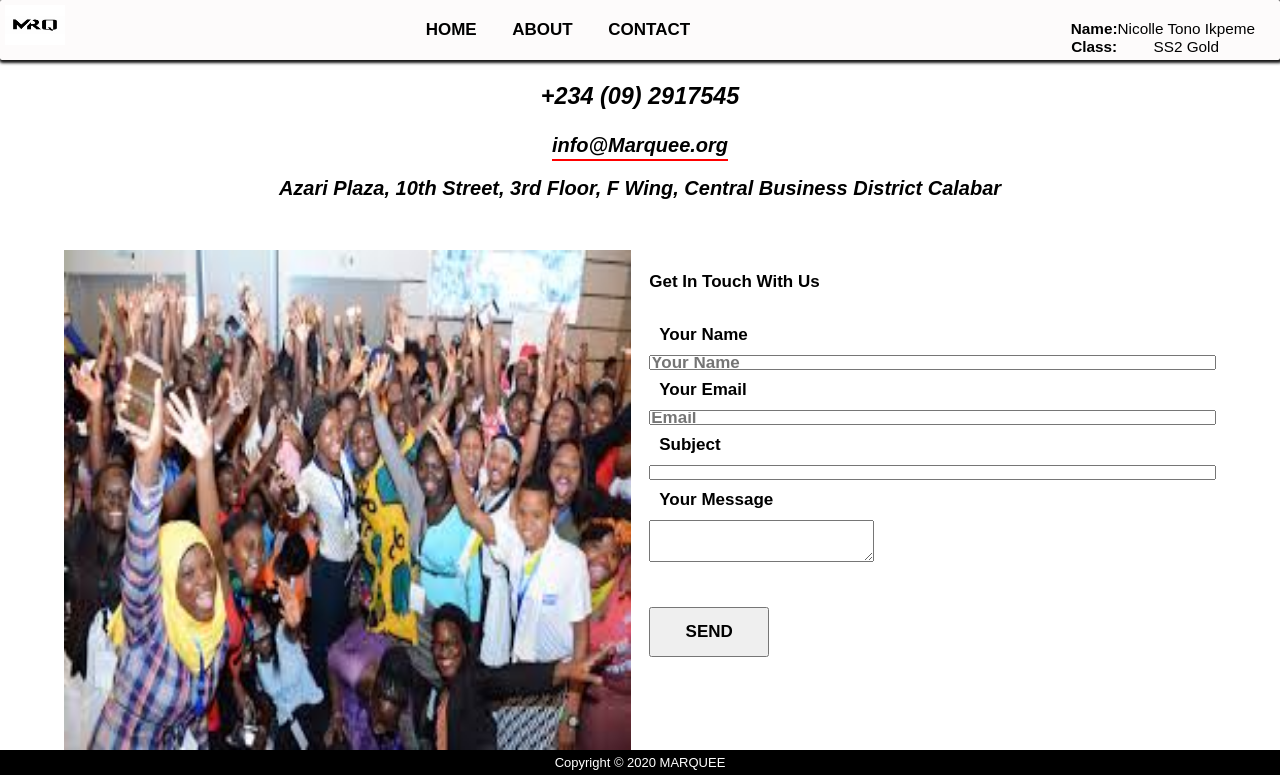
Repository: pboi18/Marquee.org
Page: contact.html
An editor plug-in stored every save of this project. The page is shown before and after the next save, followed by the edit.
The browser window is 1280 px wide. The pictures show the whole page.

Above is the page before, as saved 2020-07-11 22:32:03.

### contact.html
<!DOCTYPE html>
<html>
    <head>
        <meta charset="utf-8">
        <link rel="icon" type="image/png" sizes="16x16" href="img/logo.png">
        <title>Marquee</title>

        <link rel="stylesheet" href="style.css" >
        <link rel="stylesheet" href="normalize.css" >
        <link rel="stylesheet" href="Grid.css">


    </head>

    <body>
            <nav class="main">

                    <div class="navbar2">

                        <img src="img/logo.png" alt="MARQUEE" class="logo">

                        <ul class="main-nav">
                            <li>
                                <a href="home.html">
                                    Home
                                </a>
                            </li>

                            <li>
                                <a href="about.html">
                                    ABOUT
                                </a>
                            </li>

                            <li>
                                <a href="contact.html">
                                    CONTACT
                                </a>
                            </li>

                            <li style="float: right;">
                                <table class="id">
                                    <tr>
                                        <th>Name:</th>
                                        <td> Nicolle Tono Ikpeme</td>
                                    </tr>

                                    <tr>
                                        <th>Class:</th>
                                        <td> SS2 Gold</td>
                                    </tr>

                                </table>
                            </li>

                        </ul>





                </div>

            </nav>

            <div class="con">
                <div class="contact">
                    <address>
                        <h3>+234 (09) 2917545</h3>
                        <a href="info@Marquee.org" style="text-decoration: none; color: black;
                        font-weight: bold; border-bottom: 2px solid red; padding-bottom: 3px;">
                            info@Marquee.org
                        </a><br>
                        <p style="font-weight: bold;">Azari Plaza, 10th Street, 3rd Floor, F Wing, Central Business District Calabar</p>
                    </address>
                </div>


                <div style="height: 500px;">
                    <img src="img/images.jpg" alt="Happy women" class="image span-1-of-2">

                    <form class="form2 span-1-of-2">
                        <h4 >Get In Touch With Us</h4>
                        <label>Your Name </label>
                        <input type="text" name="Name" placeholder="Your Name" required >
                        <label>Your Email</label>
                        <input type="email"  placeholder="Email" required >
                        <label>Subject</label>
                        <input type="text" >
                        <label>Your Message</label>
                        <textarea ></textarea>
                        <!-- <input type="submit" value="SEND" name="send" style="margin-top: 40px;"> -->

                        <button type="submit" style="margin-top: 40px; width: 120px; height: 50px;">SEND</button>

                    </form>

                </div>
            </div>

        <footer>
            <P style="color: white; text-align: center; margin: 0; font-size: small; padding: 5px;">
                Copyright &copy; 2020 MARQUEE
            </P>
        </footer>
    </body>
</html>

### style.css
* {
    margin: o;
    padding: 0;
    box-sizing: border-box;
}

html {
    background-color: #fff;
    max-width: 100%;
    font-size: 20px;
    font-weight: 300;
    font-family: Arial, Helvetica, sans-serif;
    text-rendering: optimizeLegibility;
}



h1 {
    margin: 0;
}

label {
    display: block;
    padding: 10px;
}

input {
    display: block;
    width: 100%;
    height: 15px;
}

button {
    display: block;
}

/* header {
    background-image: linear-gradient( rgba(0, 0, 0, 0.4), rgba(0, 0, 0, 0.4)), url(img/home.jpg);
    height: 100vh;
    background-size: cover;
    background-position: center;
} */


.logo {
    height: 40px;
    width: 60px;
    float: left;
    margin: 5px;
}

.main-nav {
    list-style: none;
    margin: auto;
    margin-top: 10px;
    text-align: center;


}

.main-nav li {
    display: inline-block;
    margin: 10px 15px;
    font-size: 85%;

}

.main-nav li a:link,
.main-nav li a:visited {
    color: #000;
    text-decoration: none;
    text-transform: uppercase;
    font-weight: bold;
    padding: 3px 0px;
    border-bottom: 3px solid transparent;
    transition: border-bottom 0.2s;
}

.main-nav li a:hover,
.main-nav li a:active {
    border-bottom: 3px solid rgb(158, 0, 0);
}
.id {
    display: inline;
    padding: 10px;
    font-size: 90%;
}

.navbar {
    height: 50px;
    width: 100%;
    display: inline-block;
    border-radius: 2px;
    box-shadow: 0px 3px -1px 2px rgb(190, 189, 189);
    position: fixed;
    background-color: rgb(253, 251, 251);
}

.navbar2 {
    height: 60px;
    width: 100%;
    display: inline-block;
    border-radius: 2px;
    box-shadow: 1px 1px 3px 2px rgb(20, 20, 20);
    /* position: fixed; */
    background-color: rgb(253, 251, 251);
}

.numb {
    border: solid 5px rgb(63, 62, 62);
    text-align: center;
    width: 40px;
    height: 30px;
    align-self: center;
    border-radius: 50%;
    margin: auto;
    background-color: rgb(63, 62, 62);
    color: white;
}
.wup {
    padding-top: 10px;

    background: linear-gradient(180deg, #DF2828 5.21%, rgba(223, 40, 40, 0.427083) 55.73%, rgba(223, 40, 40, 0.427083) 64.06%, rgba(223, 40, 40, 0.427083) 73.44%, rgba(222, 17, 17, 0.427083) 100%, rgba(170, 77, 77, 0) 100%);
}

.cover {
    border-radius: 5px;
    margin: auto;
}

.sec {
    background-color: black;
    height: 250px;
    width: 100%;
    text-align: center;
}



main {
    /* width: 1000px; */
    margin: auto;
}

.con {
    width: 90%;
    margin: auto;
    ;

}
.contact {
    text-align: center;
    margin: auto;
    margin-bottom: 50px;
}
.image {
    width: 550px;
    height: 500px;
    float: left;
}

.form2 {
    float: right;
    text-align: left;
    font-size: 85%;
    font-weight: bold;
}

footer {
    background-color: #000;
}

### Grid.css

/*  SECTIONS  ============================================================================= */

.section {
	clear: both;
	padding: 0px;
	margin: 0px;
}

/*  GROUPING  ============================================================================= */

.row {
    zoom: 1; /* For IE 6/7 (trigger hasLayout) */
}

.row:before,
.row:after {
    content:"";
    display:table;
}
.row:after {
    clear:both;
}

/*  GRID COLUMN SETUP   ==================================================================== */

.col {
	display: block;
	float:left;
	margin: 1% 0 1% 1.6%;
}

.col:first-child { margin-left: 0; } /* all browsers except IE6 and lower */


/*  REMOVE MARGINS AS ALL GO FULL WIDTH AT 480 PIXELS */

@media only screen and (max-width: 480px) {
	.col {
		/*margin: 1% 0 1% 0%;*/
        margin: 0;
	}
}


/*  GRID OF TWO   ============================================================================= */


.span-2-of-2 {
	width: 100%;
}

.span-1-of-2 {
	width: 49.2%;
}

/*  GO FULL WIDTH AT LESS THAN 480 PIXELS */

@media only screen and (max-width: 480px) {
	.span-2-of-2 {
		width: 100%;
	}
	.span-1-of-2 {
		width: 100%;
	}
}


/*  GRID OF THREE   ============================================================================= */


.span-3-of-3 {
	width: 100%;
}

.span-2-of-3 {
	width: 66.13%;
}

.span-1-of-3 {
	width: 32.26%;
}


/*  GO FULL WIDTH AT LESS THAN 480 PIXELS */

@media only screen and (max-width: 480px) {
	.span-3-of-3 {
		width: 100%;
	}
	.span-2-of-3 {
		width: 100%;
	}
	.span-1-of-3 {
		width: 100%;
	}
}

/*  GRID OF FOUR   ============================================================================= */


.span-4-of-4 {
	width: 100%;
}

.span-3-of-4 {
	width: 74.6%;
}

.span-2-of-4 {
	width: 49.2%;
}

.span-1-of-4 {
	width: 23.8%;
}


/*  GO FULL WIDTH AT LESS THAN 480 PIXELS */

@media only screen and (max-width: 480px) {
	.span-4-of-4 {
		width: 100%;
	}
	.span-3-of-4 {
		width: 100%;
	}
	.span-2-of-4 {
		width: 100%;
	}
	.span-1-of-4 {
		width: 100%;
	}
}


/*  GRID OF FIVE   ============================================================================= */


.span-5-of-5 {
	width: 100%;
}

.span-4-of-5 {
  	width: 79.68%;
}

.span-3-of-5 {
  	width: 59.36%;
}

.span-2-of-5 {
  	width: 39.04%;
}

.span-1-of-5 {
  	width: 18.72%;
}


/*  GO FULL WIDTH AT LESS THAN 480 PIXELS */

@media only screen and (max-width: 480px) {
	.span-5-of-5 {
		width: 100%;
	}
	.span-4-of-5 {
		width: 100%;
	}
	.span-3-of-5 {
		width: 100%;
	}
	.span-2-of-5 {
		width: 100%;
	}
	.span-1-of-5 {
		width: 100%;
	}
}


/*  GRID OF SIX   ============================================================================= */


.span-6-of-6 {
	width: 100%;
}

.span-5-of-6 {
  	width: 83.06%;
}

.span-4-of-6 {
  	width: 66.13%;
}

.span-3-of-6 {
  	width: 49.2%;
}

.span-2-of-6 {
  	width: 32.26%;
}

.span-1-of-6 {
  	width: 15.33%;
}


/*  GO FULL WIDTH AT LESS THAN 480 PIXELS */

@media only screen and (max-width: 480px) {
	.span-6-of-6 {
		width: 100%;
	}
	.span-5-of-6 {
		width: 100%;
	}
	.span-4-of-6 {
		width: 100%;
	}
	.span-3-of-6 {
		width: 100%;
	}
	.span-2-of-6 {
		width: 100%;
	}
	.span-1-of-6 {
		width: 100%;
	}
}



/*  GRID OF SEVEN   ============================================================================= */


.span-7-of-7 {
	width: 100%;
}

.span-6-of-7 {
	width: 85.48%;
}

.span-5-of-7 {
  	width: 70.97%;
}

.span-4-of-7 {
  	width: 56.45%;
}

.span-3-of-7 {
  	width: 41.94%;
}

.span-2-of-7 {
  	width: 27.42%;
}

.span-1-of-7 {
  	width: 12.91%;
}


/*  GO FULL WIDTH AT LESS THAN 480 PIXELS */

@media only screen and (max-width: 480px) {
	.span-7-of-7 {
		width: 100%;
	}
	.span-6-of-7 {
		width: 100%;
	}
	.span-5-of-7 {
		width: 100%;
	}
	.span-4-of-7 {
		width: 100%;
	}
	.span-3-of-7 {
		width: 100%;
	}
	.span-2-of-7 {
		width: 100%;
	}
	.span-1-of-7 {
		width: 100%;
	}
}


/*  GRID OF EIGHT   ============================================================================= */


.span-8-of-8 {
	width: 100%;
}

.span-7-of-8 {
	width: 87.3%;
}

.span-6-of-8 {
	width: 74.6%;
}

.span-5-of-8 {
	width: 61.9%;
}

.span-4-of-8 {
	width: 49.2%;
}

.span-3-of-8 {
	width: 36.5%;
}

.span-2-of-8 {
	width: 23.8%;
}

.span-1-of-8 {
	width: 11.1%;
}


/*  GO FULL WIDTH AT LESS THAN 480 PIXELS */

@media only screen and (max-width: 480px) {
	.span-8-of-8 {
		width: 100%;
	}
	.span-7-of-8 {
		width: 100%;
	}
	.span-6-of-8 {
		width: 100%;
	}
	.span-5-of-8 {
		width: 100%;
	}
	.span-4-of-8 {
		width: 100%;
	}
	.span-3-of-8 {
		width: 100%;
	}
	.span-2-of-8 {
		width: 100%;
	}
	.span-1-of-8 {
		width: 100%;
	}
}


/*  GRID OF NINE   ============================================================================= */


.span-9-of-9 {
	width: 100%;
}

.span-8-of-9 {
	width: 88.71%;
}

.span-7-of-9 {
	width: 77.42%;
}

.span-6-of-9 {
	width: 66.13%;
}

.span-5-of-9 {
	width: 54.84%;
}

.span-4-of-9 {
	width: 43.55%;
}

.span-3-of-9 {
	width: 32.26%;
}

.span-2-of-9 {
	width: 20.97%;
}

.span-1-of-9 {
	width: 9.68%;
}


/*  GO FULL WIDTH AT LESS THAN 480 PIXELS */

@media only screen and (max-width: 480px) {
	.span-9-of-9 {
		width: 100%;
	}
	.span-8-of-9 {
		width: 100%;
	}
	.span-7-of-9 {
		width: 100%;
	}
	.span-6-of-9 {
		width: 100%;
	}
	.span-5-of-9 {
		width: 100%;
	}
	.span-4-of-9 {
		width: 100%;
	}
	.span-3-of-9 {
		width: 100%;
	}
	.span-2-of-9 {
		width: 100%;
	}
	.span-1-of-9 {
		width: 100%;
	}
}


/*  GRID OF TEN   ============================================================================= */


.span-10-of-10 {
	width: 100%;
}

.span-9-of-10 {
	width: 89.84%;
}

.span-8-of-10 {
	width: 79.68%;
}

.span-7-of-10 {
	width: 69.52%;
}

.span-6-of-10 {
	width: 59.36%;
}

.span-5-of-10 {
	width: 49.2%;
}

.span-4-of-10 {
	width: 39.04%;
}

.span-3-of-10 {
	width: 28.88%;
}

.span-2-of-10 {
	width: 18.72%;
}

.span-1-of-10 {
	width: 8.56%;
}


/*  GO FULL WIDTH AT LESS THAN 480 PIXELS */

@media only screen and (max-width: 480px) {
	.span-10-of-10 {
		width: 100%;
	}
	.span-9-of-10 {
		width: 100%;
	}
	.span-8-of-10 {
		width: 100%;
	}
	.span-7-of-10 {
		width: 100%;
	}
	.span-6-of-10 {
		width: 100%;
	}
	.span-5-of-10 {
		width: 100%;
	}
	.span-4-of-10 {
		width: 100%;
	}
	.span-3-of-10 {
		width: 100%;
	}
	.span-2-of-10 {
		width: 100%;
	}
	.span-1-of-10 {
		width: 100%;
	}
}


/*  GRID OF ELEVEN   ============================================================================= */

.span-11-of-11 {
	width: 100%;
}

.span-10-of-11 {
	width: 90.76%;
}

.span-9-of-11 {
	width: 81.52%;
}

.span-8-of-11 {
	width: 72.29%;
}

.span-7-of-11 {
	width: 63.05%;
}

.span-6-of-11 {
	width: 53.81%;
}

.span-5-of-11 {
	width: 44.58%;
}

.span-4-of-11 {
	width: 35.34%;
}

.span-3-of-11 {
	width: 26.1%;
}

.span-2-of-11 {
	width: 16.87%;
}

.span-1-of-11 {
	width: 7.63%;
}


/*  GO FULL WIDTH AT LESS THAN 480 PIXELS */

@media only screen and (max-width: 480px) {
	.span-11-of-11 {
		width: 100%;
	}
	.span-10-of-11 {
		width: 100%;
	}
	.span-9-of-11 {
		width: 100%;
	}
	.span-8-of-11 {
		width: 100%;
	}
	.span-7-of-11 {
		width: 100%;
	}
	.span-6-of-11 {
		width: 100%;
	}
	.span-5-of-11 {
		width: 100%;
	}
	.span-4-of-11 {
		width: 100%;
	}
	.span-3-of-11 {
		width: 100%;
	}
	.span-2-of-11 {
		width: 100%;
	}
	.span-1-of-11 {
		width: 100%;
	}
}


/*  GRID OF TWELVE   ============================================================================= */

.span-12-of-12 {
	width: 100%;
}

.span-11-of-12 {
	width: 91.53%;
}

.span-10-of-12 {
	width: 83.06%;
}

.span-9-of-12 {
	width: 74.6%;
}

.span-8-of-12 {
	width: 66.13%;
}

.span-7-of-12 {
	width: 57.66%;
}

.span-6-of-12 {
	width: 49.2%;
}

.span-5-of-12 {
	width: 40.73%;
}

.span-4-of-12 {
	width: 32.26%;
}

.span-3-of-12 {
	width: 23.8%;
}

.span-2-of-12 {
	width: 15.33%;
}

.span-1-of-12 {
	width: 6.86%;
}


/*  GO FULL WIDTH AT LESS THAN 480 PIXELS */

@media only screen and (max-width: 480px) {
	.span-12-of-12 {
		width: 100%;
	}
	.span-11-of-12 {
		width: 100%;
	}
	.span-10-of-12 {
		width: 100%;
	}
	.span-9-of-12 {
		width: 100%;
	}
	.span-8-of-12 {
		width: 100%;
	}
	.span-7-of-12 {
		width: 100%;
	}
	.span-6-of-12 {
		width: 100%;
	}
	.span-5-of-12 {
		width: 100%;
	}
	.span-4-of-12 {
		width: 100%;
	}
	.span-3-of-12 {
		width: 100%;
	}
	.span-2-of-12 {
		width: 100%;
	}
	.span-1-of-12 {
		width: 100%;
	}
}

Loaded but not shown: normalize.css (library)

After the next save:
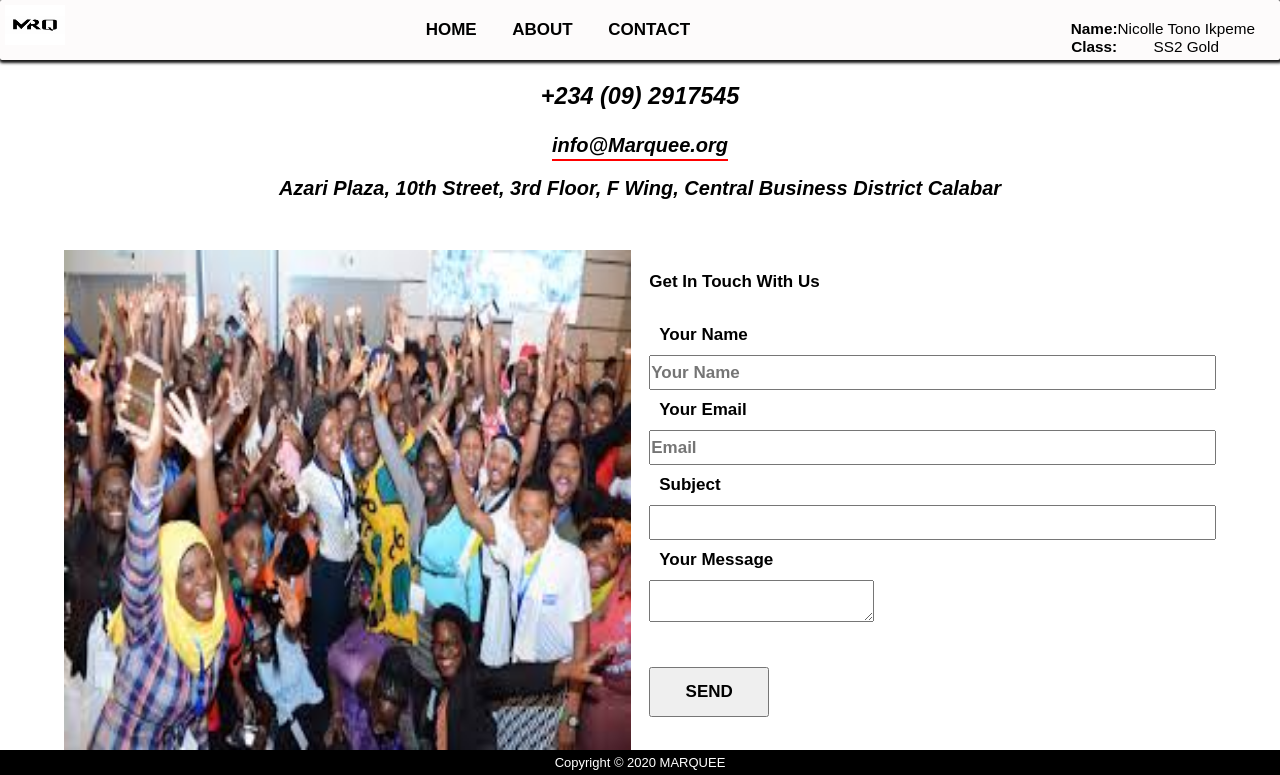
Saved 7 s later.
--- a/style.css
+++ b/style.css
@@ -27,7 +27,7 @@ label {
 input {
     display: block;
     width: 100%;
-    height: 15px;
+    height: 35px;
 }
 
 button {
